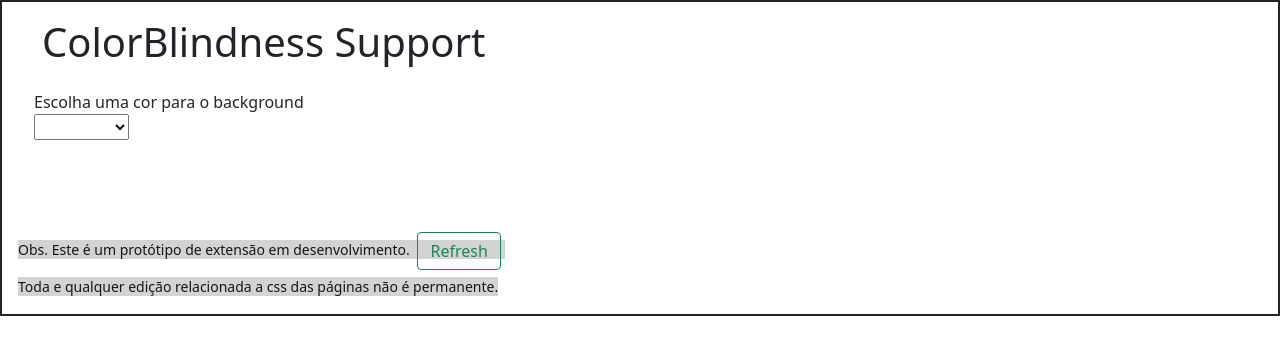
Repository: pedrosiqueira/daltonchrome
Page: popup.html
The author's editor kept a copy of each file at every save. The page is drawn from the files as they stood at one save, then again after the next save.
The browser window is 1280 px wide. The pictures show the whole page.

Above is the page before, as saved 2022-06-17 13:22:51.

### popup.html
<!DOCTYPE html>
<html>

<head>
    <meta charset="utf-8" />
    <link href="css/vendor/bootstrap.min.css" rel="stylesheet" crossorigin="anonymous">
    <link rel="stylesheet" type="text/css" href="css/popup.css" />
</head>

<body class="p-3 flex border border-dark border-2 ">

    <div class="container flex row">

        <h1 class="form-title"> ColorBlindness Support </h1>
        <!--  <div class="form-check form-switch col">
            <input class="form-check-input" type="checkbox" id="flexSwitchCheckChecked">
            <label class="form-check-label" for="flexSwitchCheckChecked" id="MeuSwitch">Ativar extensão</label>
        </div>
        <button id="meubotao" type="button" class="btn row w-10 h-15 btn-dark">
            Clique-me
        </button> -->
    </div>

    <div class="p-3">
        <label for="cores">Escolha uma cor para o background</label>
        <br>
        <select name="cores" id="cores">
            <option value="#"> </option>
            <option value="red">Vermelho</option>
            <option value="green">Verde</option>
            <option value="blue">Azul</option>
        </select>
    </div>
    <br> <br><br>
    <alert id="alert" class="alert-dark form-text">Obs. Este é um protótipo de extensão em desenvolvimento.
        <button id="refresh" class="btn btn-outline-success m-1"type="button">
            Refresh
            </button>
        <br>
    Toda e qualquer edição relacionada a css das páginas não é permanente.
    </alert>


    <script src="js/vendor/jquery-3.6.0.min.js"></script>
    <script src="js/vendor/bootstrap.bundle.min.js"></script>
    <script src="js/popup.js"></script>
</body>

</html>

### css/popup.css
body {
    min-width:600px;
    min-height:300px;
}

#table-wrapper {
    position:relative;
    white-space: nowrap;
}
#table-scroll {
    overflow:auto;
    margin-top:20px;
}
#table-wrapper table {
    width:100%;

}

#table-wrapper table thead th .text {
    position:absolute;
    top:-20px;
    z-index:2;
    height:20px;
    width:35%;
    border:1px solid red;
}

#table-wrapper table tbody td{
    border: 1px solid black;
}

### js/popup.js
start()

function start() {
    $("#meubotao").click(umafuncao)
}

function ativar(){
    $("#MeuSwitch")
}


async function umafuncao() {

    // obtém a aba atual
    [currentTab] = await chrome.tabs.query({ active: true, currentWindow: true });

    // envia mensagem para a aba atual
    chrome.tabs.sendMessage(currentTab.id, { nome: "Carol", curso: "TADS", orientador: "pedro" }, callback);


}

// funcao que recebe a resposta da mensagem que foi enviada para alguma aba
function callback(response) {
    console.log("ufa, a mensagem conseguiu chegar!")
    console.log(response)
}

Loaded but not shown: css/vendor/bootstrap.min.css (library); js/vendor/jquery-3.6.0.min.js (library); js/vendor/bootstrap.bundle.min.js (library)

After the next save:
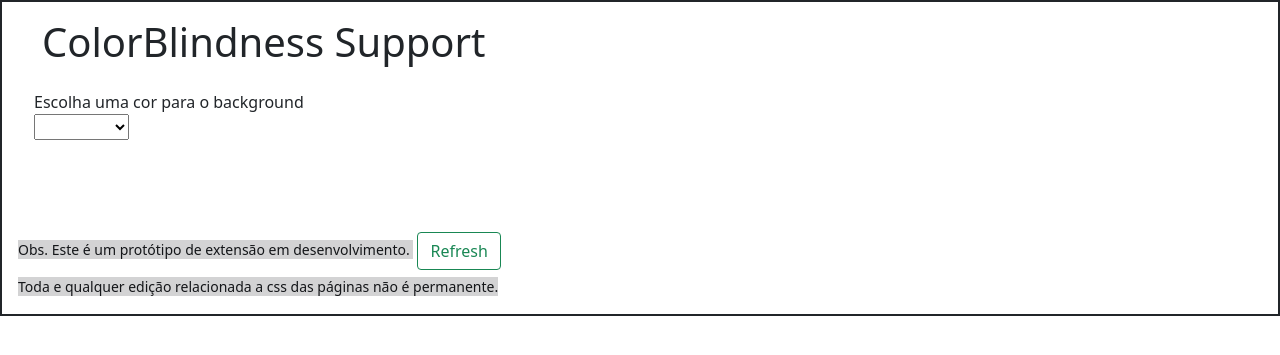
Saved 29 s later.
--- a/popup.html
+++ b/popup.html
@@ -33,10 +33,12 @@
     </div>
     <br> <br><br>
     <alert id="alert" class="alert-dark form-text">Obs. Este é um protótipo de extensão em desenvolvimento.
+    </alert>
         <button id="refresh" class="btn btn-outline-success m-1"type="button">
             Refresh
             </button>
         <br>
+        <alert id="alert" class="alert-dark form-text">
     Toda e qualquer edição relacionada a css das páginas não é permanente.
     </alert>
 
